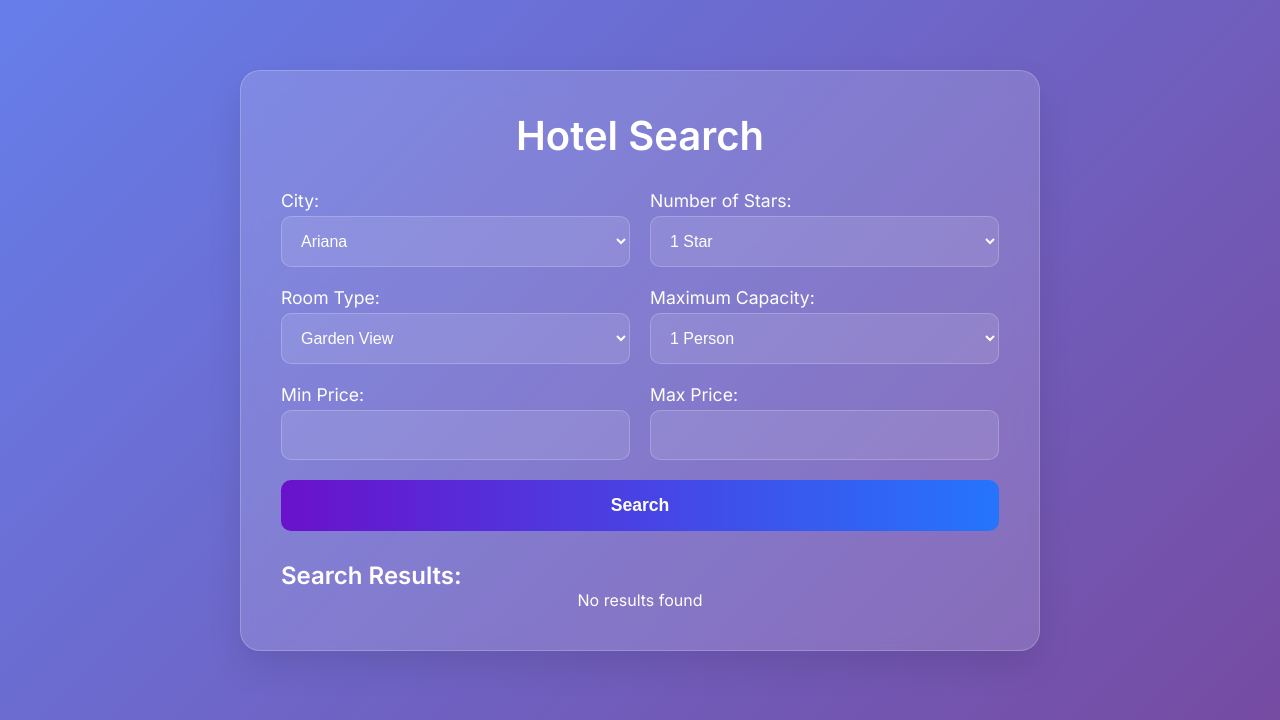
Repository: ToumiFourat/HotelManagementt
Page: http://localhost/Hotell/views/index.jsp
An editor plug-in stored every save of this project. The page is shown before and after the next save, followed by the edit.
The browser window is 1280 px wide. The pictures show the whole page.
The page is served by Tomcat 10. Other server files are loaded and not shown.

Above is the page before, as saved 2024-12-17 21:41:12.

### Hotell/src/main/webapp/views/index.jsp
<%@ page contentType="text/html;charset=UTF-8" language="java" %>
<%@ page import="java.util.List" %>
<%@ page import="model.HotelRoom" %>
<!DOCTYPE html>
<html lang="fr">
<head>
    <meta charset="UTF-8">
    <meta name="viewport" content="width=device-width, initial-scale=1.0">
    <title>Hotel Search</title>
    <link href="https://fonts.googleapis.com/css2?family=Inter:wght@300;400;600&display=swap" rel="stylesheet">
    <style>
    @import url('https://fonts.googleapis.com/css2?family=Roboto:wght@400;700&display=swap');
        :root {
            --background-gradient: linear-gradient(135deg, #667eea 0%, #764ba2 100%);
            --card-background: rgba(255, 255, 255, 0.15);
            --text-primary: #ffffff;
            --text-secondary: rgba(255, 255, 255, 0.7);
            --input-background: rgba(255, 255, 255, 0.1);
            --border-color: rgba(255, 255, 255, 0.2);
            --button-gradient: linear-gradient(to right, #6a11cb 0%, #2575fc 100%);
        }

        * {
            margin: 0;
            padding: 0;
            box-sizing: border-box;
        }

        body {
            font-family: 'Inter', sans-serif;
            background: var(--background-gradient);
            min-height: 100vh;
            display: flex;
            align-items: center;
            justify-content: center;
            color: var(--text-primary);
        }

        .container {
            width: 100%;
            max-width: 800px;
            background: var(--card-background);
            border-radius: 20px;
            padding: 40px;
            backdrop-filter: blur(10px);
            box-shadow: 0 15px 35px rgba(0, 0, 0, 0.1);
            border: 1px solid var(--border-color);
        }

        h1 {
            text-align: center;
            font-size: 2.5rem;
            margin-bottom: 30px;
            font-weight: 600;
        }

        form {
            display: flex;
            flex-wrap: wrap; /* Allow items to wrap */
            gap: 20px;
            justify-content: space-between;
        }

        .form-group {
            flex: 1 1 calc(50% - 20px); /* Each form group takes up 50% of the width */
            display: flex;
            flex-direction: column;
        }

        label {
            font-size: 1.1em;
            margin-bottom: 5px;
            color: var(--text-primary);
        }

        input[type="text"], input[type="number"], select {
            padding: 15px;
            background: var(--input-background);
            border: 1px solid var(--border-color);
            border-radius: 10px;
            color: var(--text-primary);
            font-size: 1rem;
            outline: none;
        }

        select {
    padding: 15px;
    background: var(--input-background);
    border: 1px solid var(--border-color);
    border-radius: 10px;
    color: var(--text-primary); /* Assurez-vous que la couleur du texte est claire */
    font-size: 1rem;
    outline: none;
}

select option {
    color: #333; /* Couleur de texte des options */
    background-color: #fff; /* Fond blanc pour les options */
}

        button {
            background: var(--button-gradient);
            color: var(--text-primary);
            border: none;
            padding: 15px;
            border-radius: 10px;
            font-size: 1.1rem;
            font-weight: 600;
            cursor: pointer;
        }

        button:hover {
            background: linear-gradient(to right, #2575fc 0%, #6a11cb 100%);
        }

        .results {
            margin-top: 30px;
        }

        .result-item {
            background: rgba(255, 255, 255, 0.15);
            color: #333;
            border-radius: 10px;
            padding: 15px;
            margin-bottom: 15px;
            display: flex;
            align-items: center;
            box-shadow: 0 5px 15px rgba(0, 0, 0, 0.1);
        }

        .image-container {
            width: 150px;
            height: 150px;
            border-radius: 10px;
            overflow: hidden;
            margin-right: 20px;
        }

        .image-container img {
            width: 100%;
            height: 100%;
            object-fit: cover;
        }

        .hotel-details {
            flex-grow: 1;
        }

        .hotel-details h3 {
            margin: 0 0 10px;
            font-size: 1.6em;
            color: #333;
        }

        .hotel-details p {
            margin: 5px 0;
            color: #555;
        }
    </style>
</head>
<body>
    <div class="container">
        <h1>Hotel Search</h1>
        <form action="${pageContext.request.contextPath}/SearchServlet" method="post">
            <div class="form-group">
                <label>City:</label>
                <select name="city" required>
                    <option value="Ariana">Ariana</option>
                    <option value="Sousse">Sousse</option>
                    <option value="Monastir">Monastir</option>
                    <option value="ZARZIS">ZARZIS</option>
                </select>
            </div>

            <div class="form-group">
                <label>Number of Stars:</label>
                <select name="stars" required>
                    <option value="1">1 Star</option>
                    <option value="2">2 Stars</option>
                    <option value="3">3 Stars</option>
                    <option value="4">4 Stars</option>
                    <option value="5">5 Stars</option>
                </select>
            </div>

            <div class="form-group">
                <label>Room Type:</label>
                <select name="roomType" required>
                    <option value="gardenView">Garden View</option>
                    <option value="seaView">Sea View</option>
                    <option value="suite">Suite</option>
                </select>
            </div>

            <div class="form-group">
                <label>Maximum Capacity:</label>
                <select name="capacity" required>
                    <option value="1">1 Person</option>
                    <option value="2">2 People</option>
                    <option value="3">3 People</option>
                    <option value="4">4 People</option>
                </select>
            </div>

            <div class="form-group">
                <label>Min Price:</label>
                <input type="number" name="minPrice" min="0" required>
            </div>

            <div class="form-group">
                <label>Max Price:</label>
                <input type="number" name="maxPrice" min="0" required>
            </div>

            <div class="form-group" style="flex-basis: 100%;">
                <button type="submit">Search</button>
            </div>
        </form>

        <div class="results">
            <h2>Search Results:</h2>
            <%
            List<HotelRoom> hotelResults = (List<HotelRoom>) request.getAttribute("hotelResults");
            if (hotelResults != null && !hotelResults.isEmpty()) {
                for (HotelRoom hotel : hotelResults) {
            %>
            <div class="result-item">
                <div class="image-container">
                    <img src="uploads/<%= hotel.getImageUrl() %>" alt="Hotel Image">
                </div>
                <div class="hotel-details">
                    <h3><%= hotel.getHotelName() %></h3>
                    <p>City: <%= hotel.getCity() %></p>
                    <p>Stars:
    <%
        int stars = hotel.getNumberOfStars();
        for (int i = 0; i < stars; i++) {
    %>
        <i class="fas fa-star" style="color: gold;"></i>
    <%
        }
    %>
</p>
                    <p>Room Type: <%= hotel.getRoomType() %></p>
                    <p>Price: <%= hotel.getPrice() %> TND</p>
                    <p>Capacity: <%= hotel.getCapacity() %></p>
                </div>
            </div>
            <%
                }
            } else {
            %>
            <p style="text-align: center;">No results found</p>
            <%
            }
            %>
        </div>
    </div>
</body>
</html>

After the next save:
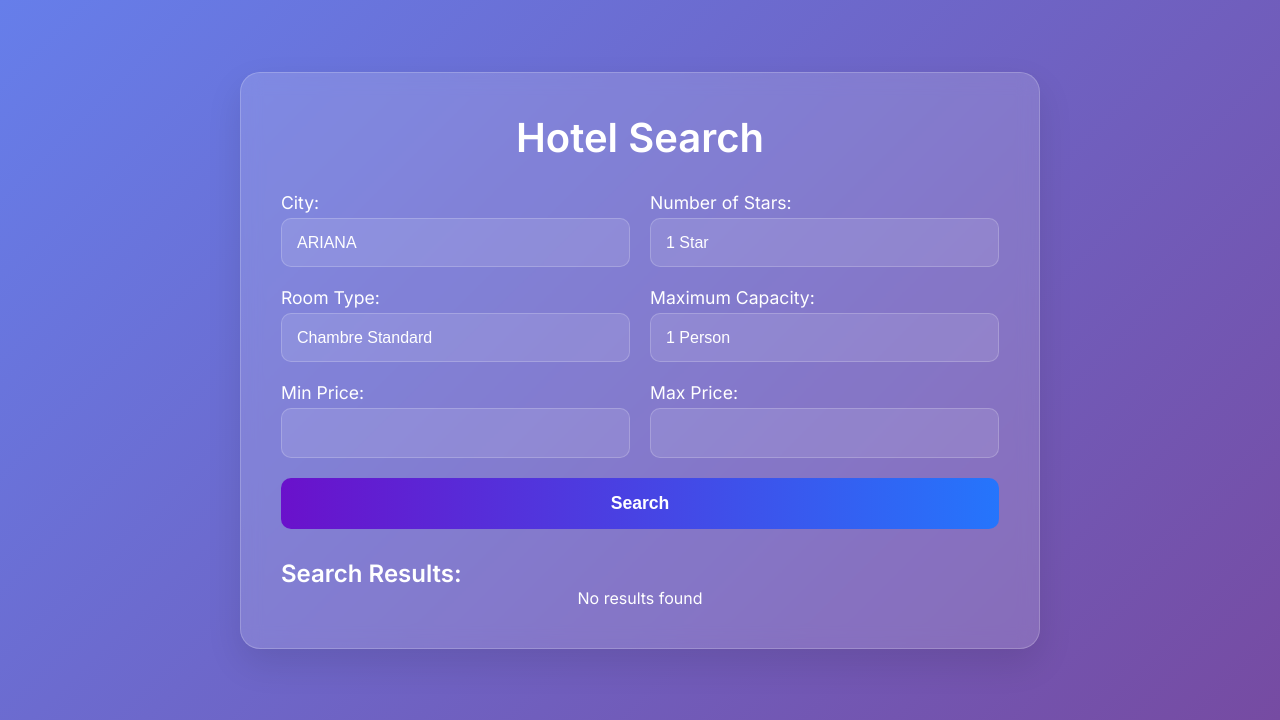
Saved 2 min 17 s later.
--- a/Hotell/src/main/webapp/views/index.jsp
+++ b/Hotell/src/main/webapp/views/index.jsp
@@ -8,6 +8,7 @@
     <meta name="viewport" content="width=device-width, initial-scale=1.0">
     <title>Hotel Search</title>
     <link href="https://fonts.googleapis.com/css2?family=Inter:wght@300;400;600&display=swap" rel="stylesheet">
+    <link rel="stylesheet" href="https://cdnjs.cloudflare.com/ajax/libs/font-awesome/5.15.4/css/all.min.css">
     <style>
     @import url('https://fonts.googleapis.com/css2?family=Roboto:wght@400;700&display=swap');
         :root {
@@ -156,6 +157,35 @@ select option {
             margin: 5px 0;
             color: #555;
         }
+
+        select {
+    padding: 15px;
+    width: 100%; /* S'adapte au conteneur */
+    background: var(--input-background);
+    border: 1px solid var(--border-color);
+    border-radius: 10px;
+    color: var(--text-primary); /* Texte clair pour contraste */
+    font-size: 1rem;
+    outline: none;
+    appearance: none; /* Supprime l'apparence native */
+    cursor: pointer;
+    transition: all 0.3s ease; /* Animation fluide */
+}
+
+select:hover {
+    border-color: #6a11cb; /* Bordure en survol */
+}
+
+select:focus {
+    border-color: #2575fc;
+    box-shadow: 0 0 8px rgba(37, 117, 252, 0.5); /* Effet lumineux */
+}
+
+select option {
+    color: #333; /* Texte des options */
+    background-color: #fff; /* Fond blanc pour les options */
+}
+
     </style>
 </head>
 <body>
@@ -165,9 +195,9 @@ select option {
             <div class="form-group">
                 <label>City:</label>
                 <select name="city" required>
-                    <option value="Ariana">Ariana</option>
-                    <option value="Sousse">Sousse</option>
-                    <option value="Monastir">Monastir</option>
+                    <option value="ARIANA">ARIANA</option>
+                    <option value="SOUSSE">SOUSSE</option>
+                    <option value="MONASTIR">MONASTIR</option>
                     <option value="ZARZIS">ZARZIS</option>
                 </select>
             </div>
@@ -186,8 +216,8 @@ select option {
             <div class="form-group">
                 <label>Room Type:</label>
                 <select name="roomType" required>
-                    <option value="gardenView">Garden View</option>
-                    <option value="seaView">Sea View</option>
+                    <option value="standard">Chambre Standard</option>
+                    <option value="deluxe">Chambre Deluxe</option>
                     <option value="suite">Suite</option>
                 </select>
             </div>
@@ -232,15 +262,10 @@ select option {
                     <h3><%= hotel.getHotelName() %></h3>
                     <p>City: <%= hotel.getCity() %></p>
                     <p>Stars:
-    <%
-        int stars = hotel.getNumberOfStars();
-        for (int i = 0; i < stars; i++) {
-    %>
-        <i class="fas fa-star" style="color: gold;"></i>
-    <%
-        }
-    %>
-</p>
+                        <% for (int i = 0; i < hotel.getNumberOfStars(); i++) { %>
+                            <i class="fas fa-star" style="color: gold;"></i>
+                        <% } %>
+                    </p>
                     <p>Room Type: <%= hotel.getRoomType() %></p>
                     <p>Price: <%= hotel.getPrice() %> TND</p>
                     <p>Capacity: <%= hotel.getCapacity() %></p>
